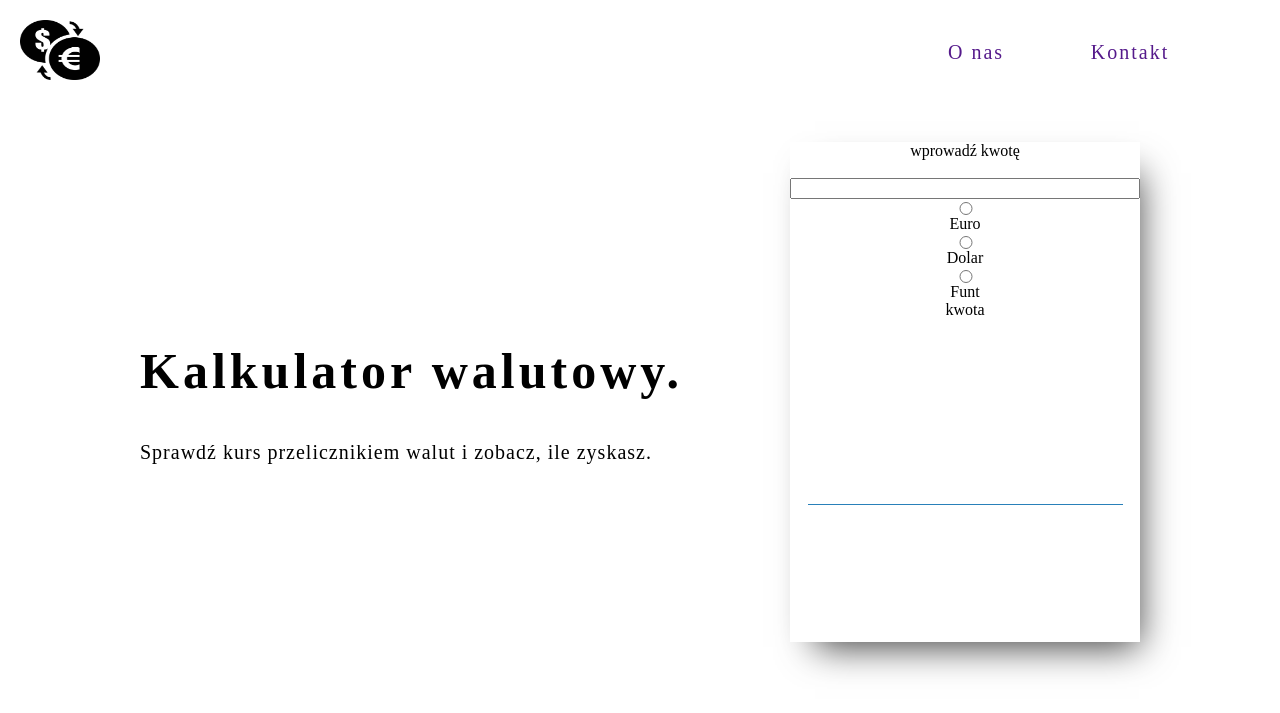
Repository: SebastianArmata22/Kalkulator-walut
Page: index.html
These files come from the project's save history. The page is drawn as it stood at one moment and after the next save; the edit follows.
The browser window is 1280 px wide. The pictures show the whole page.

Above is the page before, as saved 2020-10-23 15:58:52.

### index.html
<!DOCTYPE html>

<html>
    <head>
        <meta charset="utf-8">
        <meta http-equiv="X-UA-Compatible" content="IE=edge">
        <title>Kalkulator walut</title>
        <meta name="description" content="">
        <meta name="viewport" content="width=device-width, initial-scale=1">
        <link rel="stylesheet" href="style.css">
    </head>
    <body>

    <div class="container">
        <nav>
        <div class="menu-container">
            <div class="logo">
                <img src="./photos/logo.png">
            </div>
            <div class="menu">
                <ul>
                    <li><a href="">O nas</a></li>
                    <li><a href="">Kontakt</a></li>
                </ul>
            </div>
        </div>
        </nav>
        <section>
        <div class="main-content">
            <div class="calculator-content">
            <div class="text">
                <h1>Kalkulator walutowy<span>.</span></h1>
                <p>Sprawdź kurs przelicznikiem walut i zobacz, ile zyskasz.</p>
            </div>
            <div class="calculator">
                <label for="inputNumber">wprowadź kwotę</label><br>
                <input type="number" id="inputNumber">
                <input type="radio" value="euro" id="inputEuro" name="money">
                <label for="inputEuro">Euro </label>
                <input type="radio" value="dolar" id="inputDolar" name="money">
                <label for="inputDolar">Dolar</label>
                <input type="radio" value="funt" id="inputFunt" name="money">
                <label for="inputFunt"> Funt</label>
                <label for="outputNumber"> kwota</label><br>
                <div id="outputNumber"></div>
            </div>
        </div>
    </div>
        </section>
    </div>
        <script src="script.js" ></script>
    </body>
</html>

### style.css
body{
    margin: 0;
    padding: 0;
    box-sizing: border-box;
}
.container{
width: 100%;
}
.menu-container{
    position: relative;
    display: flex;
    align-items: center;
}
.logo img{
    position: relative;
    top: 0;
    left: 0;
    height: 60px;
    width: 80px;
    padding: 20px;
}
.menu{

    position: absolute;
    right: 0;
   margin-right: 50px;
}
.menu ul li{
    display: inline-flex;
    justify-content: space-around;
}
.menu ul li a{
    display: flex;
    text-decoration: none;
    height: 50px;
    width: 100px;
    justify-content: center;
    align-items: center;
    font-size: 20px;
    letter-spacing: 2px;
    margin-right: 50px;
}

.menu ul li a:hover{
    border-bottom: 5px solid #2980b9;
    margin-bottom: -5px;
    transition: all 0.3s ease-out;

}
.main-content{
    display: flex;
    align-items: center;
    justify-content: center;
}
.calculator-content{
    min-width: 1000px;
    height: 80vh;
    display: flex;
    align-items: center;
    justify-content:space-between;
}
.calculator{
    display: flex;
    flex-direction: column;
    box-shadow: 12px 18px 35px -13px rgba(0,0,0,0.75);
    height: 500px;
    width: 350px;
    text-align: center;
}
.text h1{
    font-size: 50px;
    letter-spacing: 4px;
}
.text p{
    font-size: 20px;
    letter-spacing: 1px;

}
#outputNumber{
    width: 90%;
    height: 30px;
    border-bottom: 1px solid #2980b9;
    margin: auto;

}

Loaded but not shown: script.js (no copy from this time; the picture is the same without it)

After the next save:
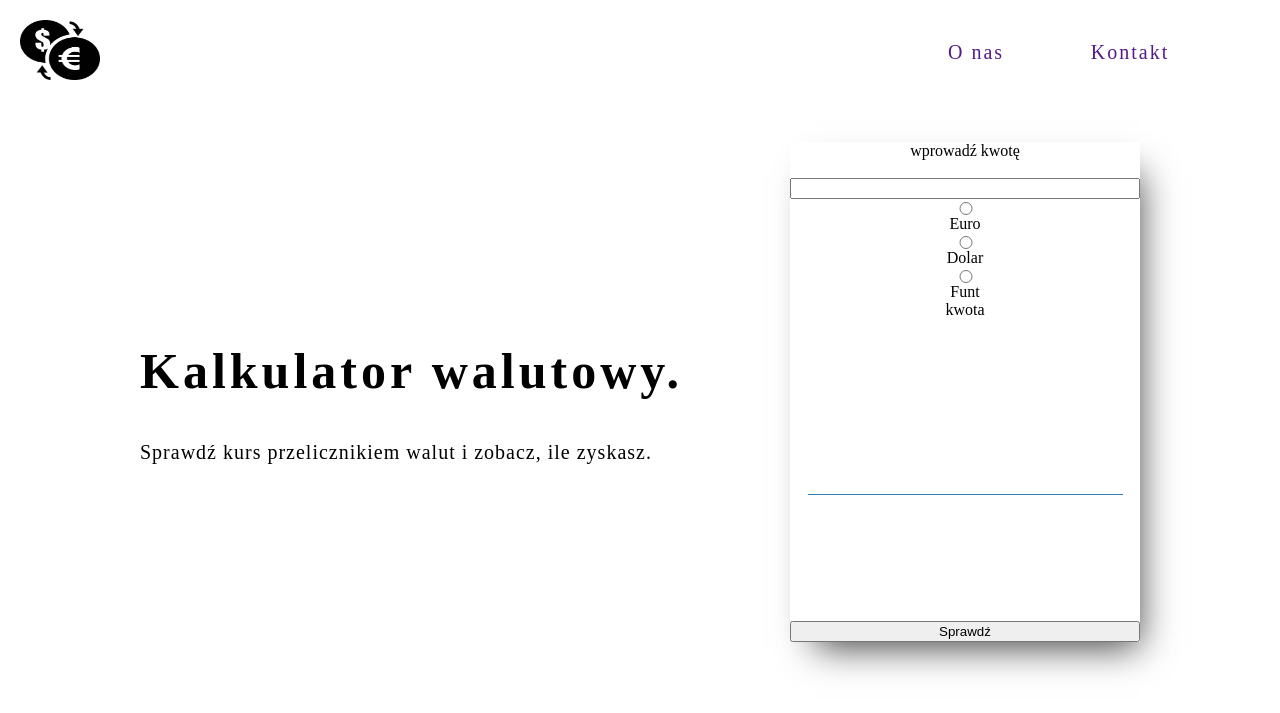
Saved 41 s later.
--- a/index.html
+++ b/index.html
@@ -43,6 +43,7 @@
                 <label for="inputFunt"> Funt</label>
                 <label for="outputNumber"> kwota</label><br>
                 <div id="outputNumber"></div>
+                <button id="check">Sprawdź</button>
             </div>
         </div>
     </div>
